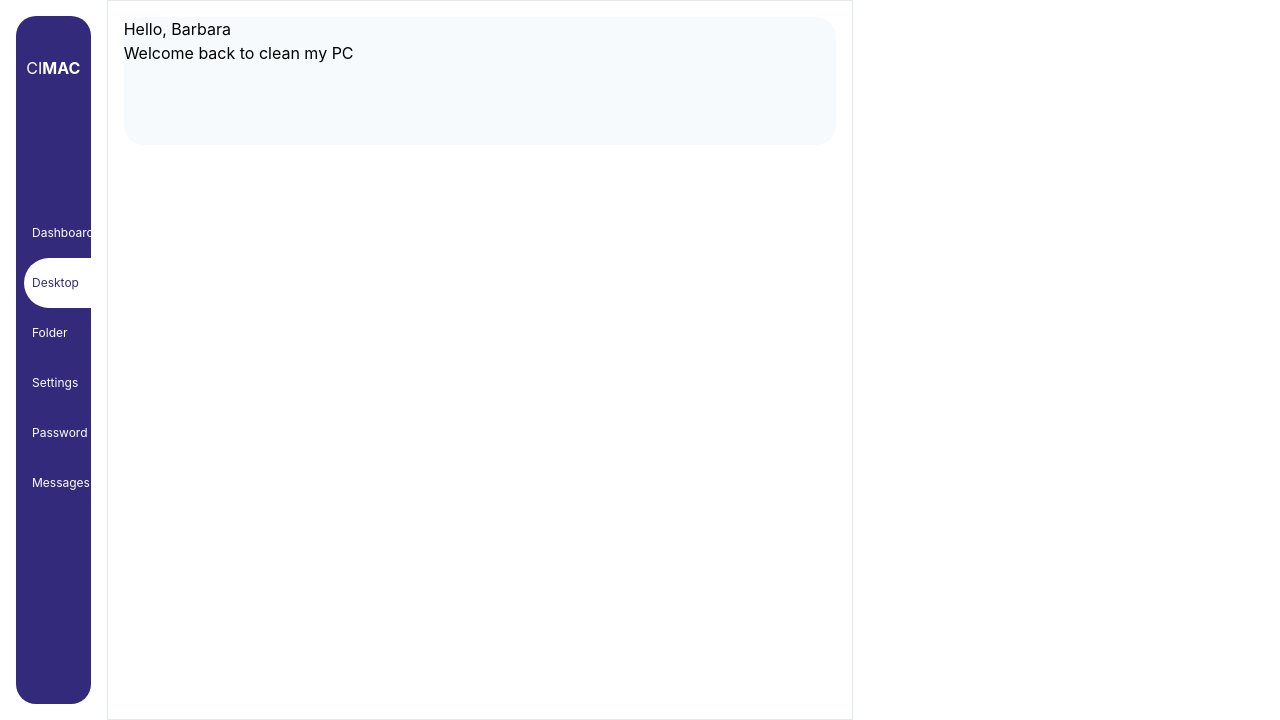
Repository: charleyvibez/experiment-Utility-software-UI
Page: index.html
The author's editor kept a copy of each file at every save. The page is drawn from the files as they stood at one save, then again after a run of saves.
The browser window is 1280 px wide. The pictures show the whole page.

Above is the page before, as saved 2020-03-17 23:48:32.

After the next 4 saves:
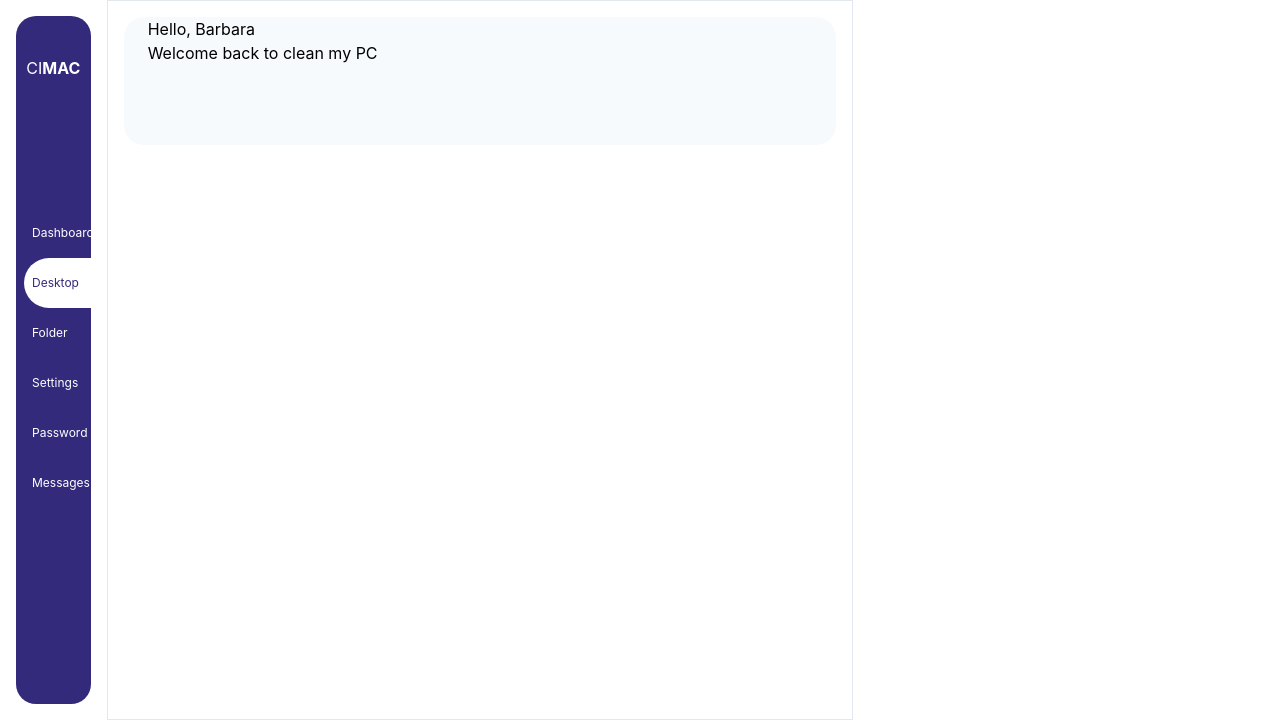
The 4 saves are shown as one change because they came seconds apart.
The last was saved 12 s later.
--- a/index.html
+++ b/index.html
@@ -30,7 +30,7 @@
 
   <main class="w-7/12 p-4 h-screen border">
     <div class="main-container">
-      <div class="hello p h-32 bg-gray-100 rounded-xl">
+      <div class="hello px-6 h-32 bg-gray-100 rounded-xl">
         <h1>Hello, Barbara</h1>
         <p>Welcome back to clean my PC</p>
       </div>
